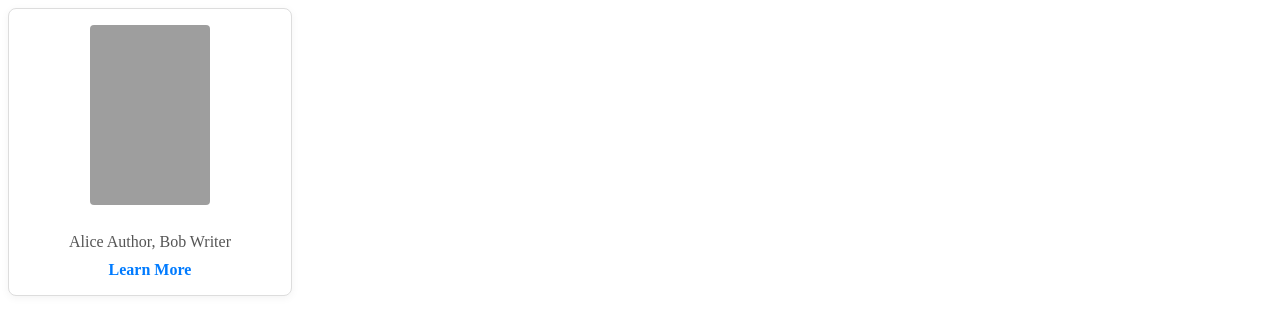
Repository: Micaelavalmores/BookCatalog
Page: /
These files come from the project's save history. The page is drawn as it stood at one moment and after a run of saves; the edit follows.
The browser window is 1280 px wide. The pictures show the whole page.
Pictures or frames that could not be fetched are drawn as grey boxes. The project was rebuilt for these pictures with package versions that can differ from the ones it lists, and the page was loaded fresh each time. Also part of the build but not shown: vite.config.js, src/index.css.

Above is the page before, as saved 2025-09-16 22:47:31.

### index.html
<!doctype html>
<html lang="en">
  <head>
    <meta charset="UTF-8" />
    <meta name="viewport" content="width=device-width, initial-scale=1.0" />
    <title>Book Catalog</title>
  </head>
  <body>
    <div id="root"></div>
    <script type="module" src="/src/main.jsx"></script>
  </body>
</html>

### src/main.jsx
import React from 'react';
import { createRoot } from 'react-dom/client';
import './index.css';
import Book from './assets/book.jsx';

const root = createRoot(document.getElementById("root"));

root.render(
  <React.StrictMode>
    <Book
      image="https://img.freepik.com/free-vector/stack-colorful-books_1308-171744.jpg?semt=ais_incoming&w=740&q=80"
      authors="Alice Author, Bob Writer"
      link="https://example.com/book-info"
    />
  </React.StrictMode>
);

### src/assets/book.jsx

import React from "react";
import "./book.css";

const book = ({ image, title, authors, link }) => (
  <div className="book-container">
    <img className="book-image" src={image} alt={title} />
    <div className="book-info">
      <h2 className="book-title">{title}</h2>
      <p className="book-authors">{authors}</p>
      <a className="book-link" href={link} target="_blank" rel="noopener noreferrer">
        Learn More
      </a>
    </div>
  </div>
);

export default book;

### src/assets/book.css
.book-container {
    max-width: 250px;
    border: 1px solid #ddd;
    border-radius: 8px;
    padding: 16px;
    display: flex;
    flex-direction: column;
    align-items: center;
    background: #fff;
    box-shadow: 0 2px 8px rgba(0,0,0,0.05);
  }

  .book-image {
    width: 120px;
    height: 180px;
    object-fit: cover;
    margin-bottom: 12px;
    border-radius: 4px;
  }

  .book-info {
    width: 100%;
    text-align: center;
  }

  .book-title {
    font-size: 18px;
    margin: 8px 0 4px;
  }

  .book-authors {
    color: #555;
    margin-bottom: 10px;
  }

  .book-link {
    display: inline-block;
    color: #007bff;
    text-decoration: none;
    font-weight: bold;
    transition: color 0.2s;
  }

  .book-link:hover {
    color: #0056b3;
  }

After the next 2 saves:
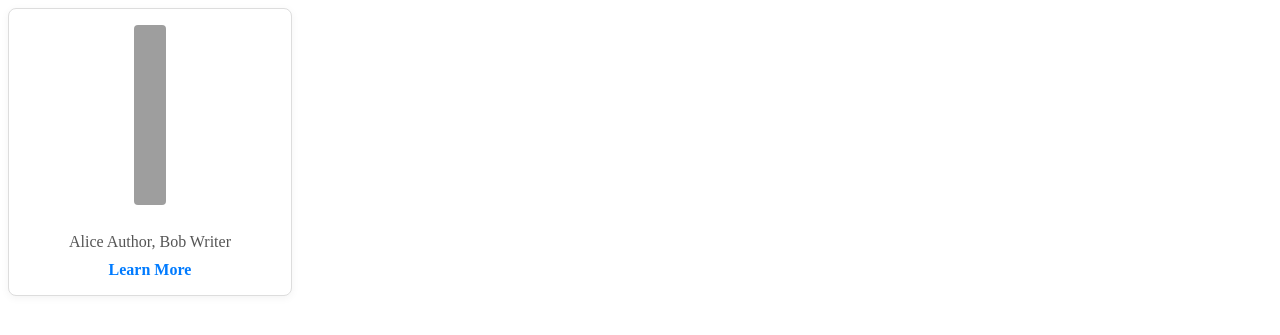
The 2 saves are shown as one change because they came seconds apart.
The last was saved 26 s later.
--- a/src/assets/book.css
+++ b/src/assets/book.css
@@ -11,7 +11,7 @@
   }
 
   .book-image {
-    width: 120px;
+    width: 2em;
     height: 180px;
     object-fit: cover;
     margin-bottom: 12px;
